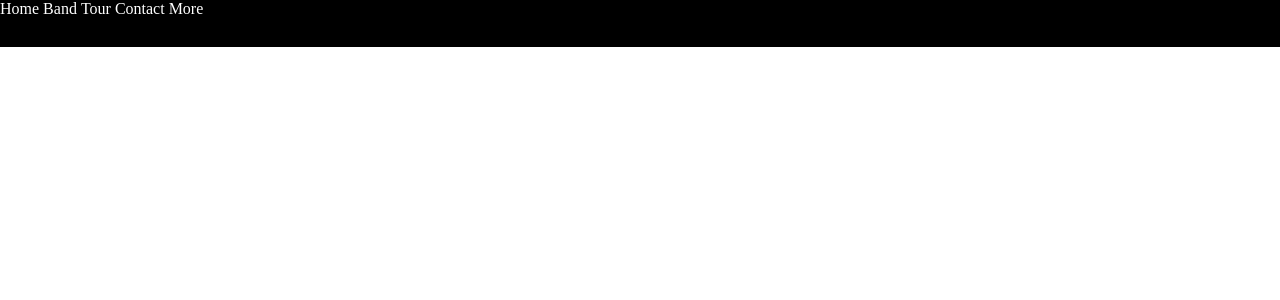
Repository: Dino0411/Dino0411.github.io
Page: index.html
An editor plug-in stored every save of this project. The page is shown before and after a run of saves, followed by the edit.
The browser window is 1280 px wide. The pictures show the whole page.

Above is the page before, as saved 2021-10-03 18:14:42.

### index.html
<!DOCTYPE html>
<html lang="en">
<head>
    <meta charset="UTF-8">
    <meta http-equiv="X-UA-Compatible" content="IE=edge">
    <meta name="viewport" content="width=device-width, initial-scale=1.0">
    <link rel="stylesheet" href="./assets/css/style.css">
    <title>Document</title>
</head>
<body>
    <div id="main">
        <!-- TODO:header -->
        <div id="header">
            <ul id="nav">
                <li><a href="">Home</a></li>
                <li><a href="">Band</a></li>
                <li><a href="">Tour</a></li>
                <li><a href="">Contact</a></li>
                <li>
                    <a href="">More</a>
                    <ul class="subnav">
                        <li><a href="">Merchandise</a></li>
                        <li><a href="">Extras</a></li>
                        <li><a href="">Media</a></li>
                    </ul>
                </li>
            </ul>
        </div>
        <!-- TODO:slider -->
        <div id="slider">

        </div>
        <!-- TODO:content -->
        <div id="content">

        </div>
        <!-- TODO:footer -->
        <div id="footer">

        </div>
    </div>
</body>
</html>

### assets/css/style.css
/* ! reser css
    ! Emmet(p0;m0)
*/
* {
  margin: 0;
  padding: 0;
  box-sizing: border-box;
}
/* TODO:start
TODO: từ ngoài vào trong
TODO: từ trên xuống dưới
TODO:tổng quan đến chi tiết
*/

/*
? vị trí
? kích thước(width,height)
? màu sắc
? kiểu dáng(kiểu chữ,...)
*/
#main {
}
#header {
  height: 47px;
  background-color: #000;
}
#nav {
}
#nav li {
  display: inline-block;
}
#nav li a {
  color: #fff;
  text-decoration: none;
  line: height 47px;
}
#nav .subnav {
  display: none;
}
#slider {
}
#content {
}
#footer {
}

After the next 2 saves:
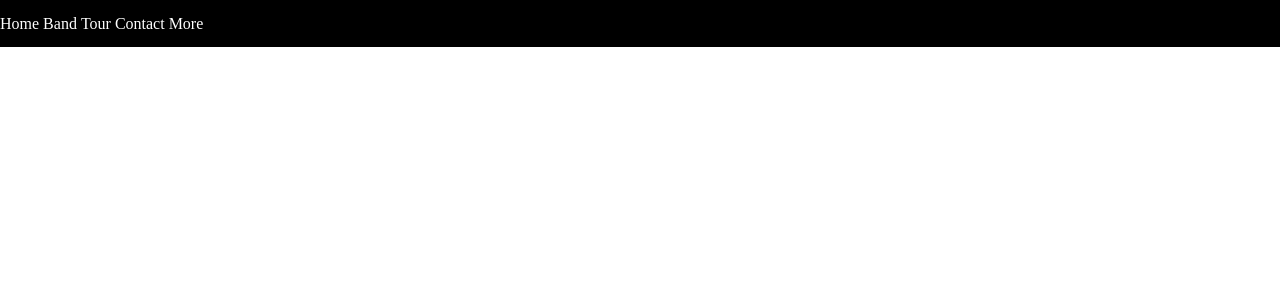
The 2 saves are shown as one change because they came seconds apart.
The last was saved 8 s later.
--- a/assets/css/style.css
+++ b/assets/css/style.css
@@ -32,7 +32,7 @@
 #nav li a {
   color: #fff;
   text-decoration: none;
-  line: height 47px;
+  line-height: 47px;
 }
 #nav .subnav {
   display: none;
